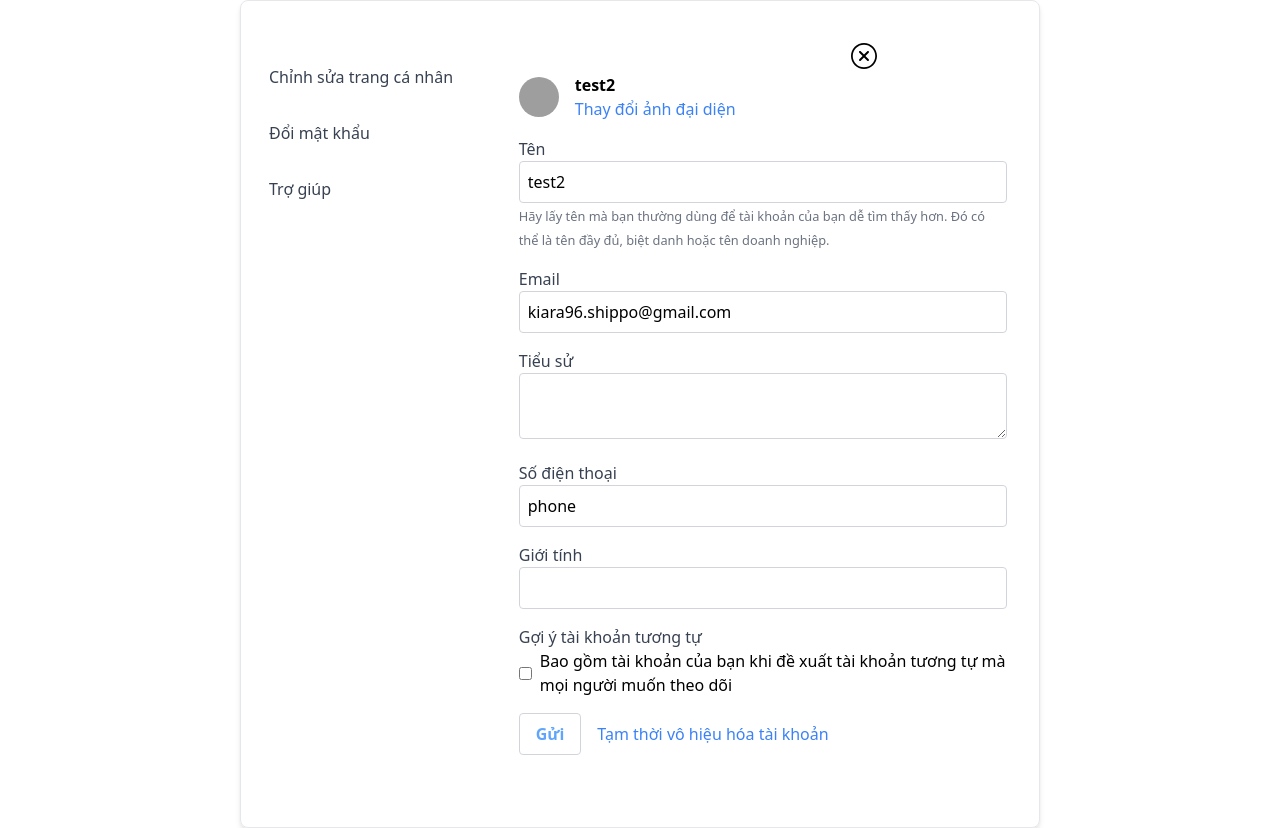
Repository: DangNgocDuong250903/2425_CS445AC_NHOM1
Page: /update_user (app in social_fe/)
The author's editor kept a copy of each file at every save. The page is drawn from the files as they stood at one save, then again after the next save.
The browser window is 1280 px wide. The pictures show the whole page.
Pictures or frames that could not be fetched are drawn as grey boxes. The project was rebuilt for these pictures with package versions that can differ from the ones it lists, and the page was loaded fresh each time. Also part of the build but not shown: social_fe/vite.config.js, social_fe/src/components/Button/index.jsx, social_fe/src/assets/index.js, social_fe/src/components/FriendCard/index.jsx, social_fe/src/components/Loading/index.jsx, social_fe/src/components/PostCard/index.jsx, social_fe/src/components/ProfileCard/index.jsx, social_fe/src/components/TextInput/index.jsx and 8 more.

Above is the page before, as saved 2024-11-05 16:00:50.

### social_fe/index.html
<!DOCTYPE html>
<html lang="en">
  <head>
    <meta charset="UTF-8" />
    <link rel="icon" type="image/svg+xml" href="/public/logo.svg" />
    <meta name="viewport" content="width=device-width, initial-scale=1.0" />
    <title>LinkVerse</title>
  </head>
  <body>
    <div id="root"></div>
    <script type="module" src="/src/main.jsx"></script>
  </body>
</html>

### social_fe/src/main.jsx
import { StrictMode } from "react";
import { createRoot } from "react-dom/client";
import App from "./App.jsx";
import "./index.css";
import { store } from "./redux/store.js";
import { Provider } from "react-redux";
import { BrowserRouter } from "react-router-dom";

createRoot(document.getElementById("root")).render(
  <StrictMode>
    <Provider store={store}>
      <BrowserRouter>
        <App />
      </BrowserRouter>
    </Provider>
  </StrictMode>,
);

### social_fe/src/App.jsx
import { Outlet, Navigate, Route, Routes, useLocation } from "react-router-dom";
import {
  Home,
  Profile,
  Register,
  Login,
  ResetPassword,
  NotFound,
} from "./pages";
import { useSelector } from "react-redux";
import UpdateUser from "./pages/ProfilePage/updateUser";

const Layout = () => {
  const { user } = useSelector((state) => state.user);
  const location = useLocation();

  return user?.token ? (
    <Outlet />
  ) : (
    <Navigate to="/login" state={{ from: location }} replace />
  );
};

function App() {
  const { theme } = useSelector((state) => state.theme);

  return (
    <div data-theme={theme} className="w-full min-h-[100vh]">
      <Routes>
        <Route element={<Layout />}>
          <Route path="/" element={<Home />} />
          <Route path="/profile" element={<Profile />} />
          <Route path="/update_user" element={<UpdateUser />} />


        </Route>

        <Route path="/register" element={<Register />} />
        <Route path="/login" element={<Login />} />
        <Route path="/reset-password" element={<ResetPassword />} />
        <Route path="*" element={<NotFound />} />
      </Routes>
    </div >
  );
}

export default App;

### social_fe/src/index.css
@tailwind base;
@tailwind components;
@tailwind utilities;

::-webkit-scrollbar {
    display: none;
     -ms-overflow-style: none;  /* IE and Edge */
    scrollbar-width: none;
  }

  .topbar{
  position: sticky;
  top: 0px;
  z-index: 49;
  }


  .dots-container {
    display: flex;
    align-items: center;
    justify-content: center;
    height: 100%;
    width: 100%;
    margin-bottom: 5px;
  }

  .dot {
    height: 12px;
    width: 12px;
    margin-right: 10px;
    border-radius: 10px;
    background-color: #fff;
    animation: pulse 1.5s infinite ease-in-out;
  }

  .dot:last-child {
    margin-right: 0;
  }

  .dot:nth-child(1) {
    animation-delay: -0.3s;
  }

  .dot:nth-child(2) {
    animation-delay: -0.1s;
  }

  .dot:nth-child(3) {
    animation-delay: 0.1s;
  }

  @keyframes pulse {
    0% {
      transform: scale(0.8);
      background-color: #b3d4fc;
      box-shadow: 0 0 0 0 rgba(178, 212, 252, 0.7);
    }

    50% {
      transform: scale(1.2);
      background-color: #4b79e4;
      box-shadow: 0 0 0 10px rgba(178, 212, 252, 0);
    }

    100% {
      transform: scale(0.8);
      background-color: #2584f8;
      box-shadow: 0 0 0 0 rgba(178, 212, 252, 0.7);
    }
  }

  @layer base {
    :root {
      --color-bg: 227 227 227;
      --color-primary: 255 255 255;
      --color-secondary:255 255 255;
      --color-ascent1: 0 0 0;
      --color-ascent2: 89 91 100;
      --color-blue: 6 90 216;
      --color-white: 255 255 255;

    }
    /* //15 23 42  21 30 49*/
    [data-theme="dark"] {
       --color-bg: 12 12 12;
       --color-primary: 31 31 31;
      --color-secondary: 47 45 48;
      --color-ascent1: 255 255 255;
      --color-ascent2: 164 161 162;
      --color-blue: 6 90 216;
      /* //16 176 255; */
      --color-white: 255 255 255;
    }
  }

### social_fe/src/redux/store.js
import { configureStore } from "@reduxjs/toolkit";

import { rootReducer } from "./reducer";

const store = configureStore({
  reducer: rootReducer,
});

const { dispatch } = store;

export { store, dispatch };

### social_fe/src/pages/index.js
import Home from "./HomePage";
import Login from "./LoginPage";
import NotFound from "./NotFoundPage";
import Profile from "./ProfilePage";
import Register from "./RegisterPage";
import ResetPassword from "./ResetPasswordPage";

export { Home, Login, NotFound, Profile, Register, ResetPassword };

### social_fe/src/pages/ProfilePage/updateUser.jsx
import React, { useState } from 'react';
import { Link, useNavigate } from 'react-router-dom';
import { IoIosCloseCircleOutline } from "react-icons/io";

const UpdateUser = () => {
    const [selectedLink, setSelectedLink] = useState(null);
    const navigate = useNavigate()
    const handleLinkClick = (linkIndex) => {
        setSelectedLink(linkIndex);
    };
    return (
        <div className="flex w-[800px] mx-auto pt-10 pb-10 border border-gray-200 shadow-md rounded-lg ">
            <IoIosCloseCircleOutline onClick={() => navigate("/Profile")} className="absolute w-8 h-8 cursor-pointer top-10 right-[400px] hover:text-red-400 " />
            <div className="w-1/3 p-4 bg-white rounded-md ">
                <ul className="flex flex-col ">

                    <Link

                        onClick={() => handleLinkClick(1)}
                        className={`mb-4 font-medium hover:bg-gray-200 px-3 py-2 rounded-lg ${selectedLink === 1 ? 'text-blue-500' : 'text-gray-700'}`}
                    >
                        Chỉnh sửa trang cá nhân
                    </Link>


                    <Link

                        onClick={() => handleLinkClick(2)}
                        className={`mb-4 font-medium hover:bg-gray-200 px-3 py-2 rounded-lg ${selectedLink === 2 ? 'text-blue-500' : 'text-gray-700'}`}
                    >
                        Đổi mật khẩu
                    </Link>


                    <Link

                        onClick={() => handleLinkClick(3)}
                        className={`mb-4 font-medium hover:bg-gray-200 px-3 py-2 rounded-lg ${selectedLink === 3 ? 'text-blue-500' : 'text-gray-700'}`}
                    >
                        Trợ giúp
                    </Link>
                </ul>
            </div>
            <div className="w-3/4 p-8">
                <div className="flex items-center mb-4">
                    <img src="https://mighty.tools/mockmind-api/content/human/5.jpg" alt="User avatar" className="w-10 h-10 mr-4 rounded-full" />
                    <div>
                        <div className="font-bold">test2</div>
                        <a href="#" className="text-blue-500">Thay đổi ảnh đại diện</a>
                    </div>
                </div>
                <form>
                    <div className="mb-4">
                        <label className="block text-gray-700">Tên</label>
                        <input type="text" value="test2" className="w-full p-2 border border-gray-300 rounded" />
                        <small className="text-gray-500">Hãy lấy tên mà bạn thường dùng để tài khoản của bạn dễ tìm thấy hơn. Đó có thể là tên đầy đủ, biệt danh hoặc tên doanh nghiệp.</small>
                    </div>
                    <div className="mb-4">
                        <label className="block text-gray-700">Email</label>
                        <input type="email" value="kiara96.shippo@gmail.com" className="w-full p-2 border border-gray-300 rounded" />
                    </div>
                    <div className="mb-4">
                        <label className="block text-gray-700">Tiểu sử</label>
                        <textarea className="w-full p-2 border border-gray-300 rounded"></textarea>
                    </div>
                    <div className="mb-4">
                        <label className="block text-gray-700">Số điện thoại</label>
                        <input type="text" value="phone" className="w-full p-2 border border-gray-300 rounded" />
                    </div>
                    <div className="mb-4">
                        <label className="block text-gray-700">Giới tính</label>
                        <input type="text" className="w-full p-2 border border-gray-300 rounded" />
                    </div>
                    <div className="mb-4">
                        <label className="block text-gray-700">Gợi ý tài khoản tương tự</label>
                        <div className="flex items-center">
                            <input type="checkbox" className="mr-2" />
                            <span>Bao gồm tài khoản của bạn khi đề xuất tài khoản tương tự mà mọi người muốn theo dõi</span>
                        </div>
                    </div>
                    <div className="flex items-center">
                        <button type="submit" className="px-4 py-2 mr-4 font-semibold text-blue-400 bg-transparent border border-gray-300 rounded hover:text-white hover:bg-blue-400">Gửi</button>
                        <button type="button" className="text-blue-500">Tạm thời vô hiệu hóa tài khoản</button>
                    </div>
                </form>
            </div>
        </div>
    );
};

export default UpdateUser;

### social_fe/src/redux/reducer.js
import { combineReducers } from "@reduxjs/toolkit";

import postSlice from "./Slices/postSlice";
import themeSlice from "./Slices/theme";
import userSlice from "./Slices/userSlice";

const rootReducer = combineReducers({
  user: userSlice,
  theme: themeSlice,
  posts: postSlice,
});

export { rootReducer };

### social_fe/src/redux/Slices/postSlice.js
import { createSlice } from "@reduxjs/toolkit";

const initialState = {
  posts: {},
};

const postSlice = createSlice({
  name: "post",
  initialState,
  reducers: {
    getPosts(state, action) {
      state.posts = action.payload;
    },
  },
});

export default postSlice.reducer;

export function SetPosts(post) {
  return (dispatch) => {
    dispatch(postSlice.actions.getPosts(post));
  };
}

### social_fe/src/redux/Slices/theme.js
import { createSlice } from "@reduxjs/toolkit";

const initialState = {
  theme: JSON.parse(window?.localStorage.getItem("theme")) ?? "dark",
};

const themeSlice = createSlice({
  name: "theme",
  initialState,
  reducers: {
    setTheme(state, action) {
      state.theme = action.payload;
      localStorage.setItem("theme", JSON.stringify(action.payload));
    },
  },
});

export default themeSlice.reducer;

export function SetTheme(value) {
  return (dispatch) => {
    dispatch(themeSlice.actions.setTheme(value));
  };
}

### social_fe/src/redux/Slices/userSlice.js
import { createSlice } from "@reduxjs/toolkit";

import { user } from "../../assets/data";

const initialState = {
  user: JSON.parse(window?.localStorage.getItem("user")) ?? user,
  edit: false,
};

const userSlice = createSlice({
  name: "user",
  initialState,
  reducers: {
    login(state, action) {
      state.user = action.payload;
      localStorage.setItem("user", JSON.stringify(action.payload));
    },
    logout(state) {
      state.user = null;
      localStorage?.removeItem("user");
    },
    updateProfile(state, action) {
      state.edit = action.payload;
    },
  },
});
export default userSlice.reducer;

export function UserLogin(user) {
  return (dispatch) => {
    dispatch(userSlice.actions.login(user));
  };
}

export function Logout() {
  return (dispatch) => {
    dispatch(userSlice.actions.logout());
  };
}

export function UpdateProfile(val) {
  return (dispatch) => {
    dispatch(userSlice.actions.updateProfile(val));
  };
}

### social_fe/tailwind.config.js
/** @type {import('tailwindcss').Config} */
export default {
  content: [
    "./index.html",
    "./src/**/*.{js,ts,jsx,tsx}",
  ],
  theme: {
    extend: {
      colors: {
        bgColor: "rgb(var(--color-bg) / <alpha-value>)",
        primary: "rgb(var(--color-primary) / <alpha-value>)",
        secondary: "rgb(var(--color-secondary) / <alpha-value>)",
        customBlue: "rgb(var(--color-blue) / <alpha-value>)",
        white: "rgb(var(--color-white) / <alpha-value>)",
        ascent: {
          1: "rgb(var(--colorgit-ascent1) / <alpha-value>)",
          2: "rgb(var(--color-ascent2) / <alpha-value>)",
        },
      },
      screens: {
        sm: "640px",

        md: "768px",

        lg: "1024px",

        xl: "1280px",

        "2xl": "1536px",
      },
      extend: {
      },
    },
    plugins: [],
  }
}

Loaded but not shown: social_fe/src/assets/data.js (508 lines, source omitted)

After the next save:
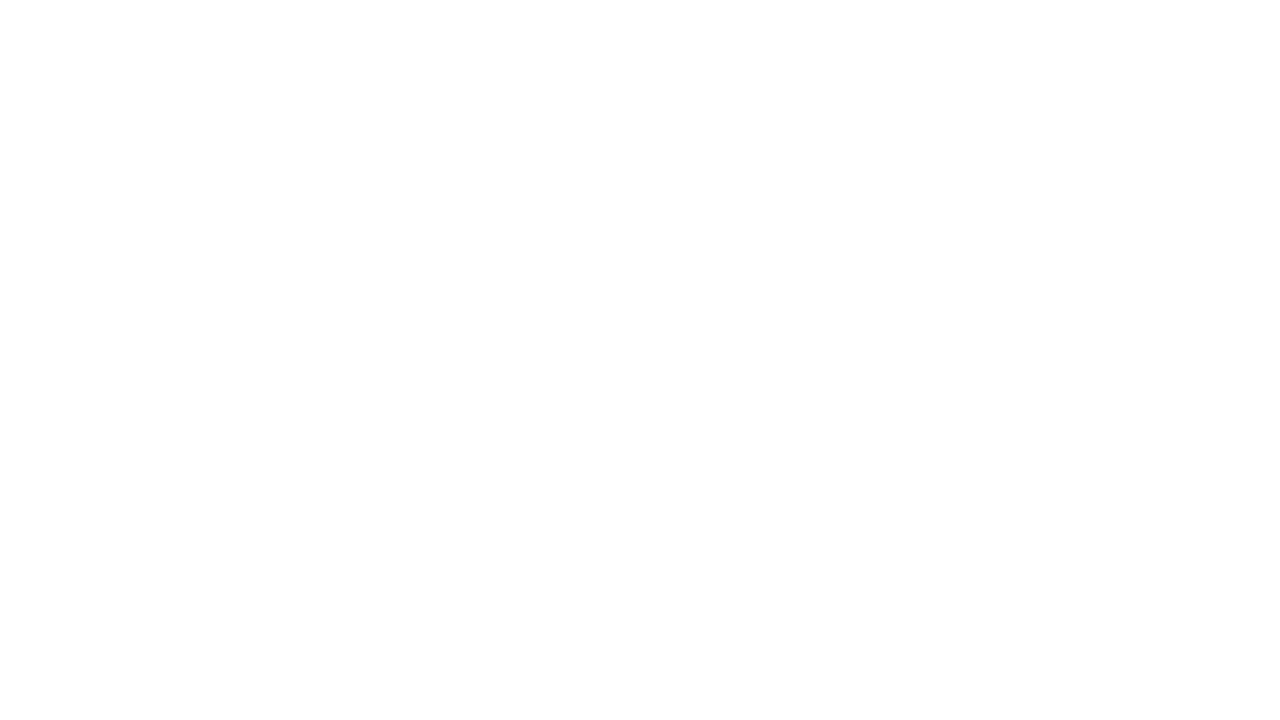
Console error: ReferenceError: useEffect is not defined
Saved 93 s later.
--- a/social_fe/src/pages/ProfilePage/updateUser.jsx
+++ b/social_fe/src/pages/ProfilePage/updateUser.jsx
@@ -8,6 +8,12 @@
     const handleLinkClick = (linkIndex) => {
         setSelectedLink(linkIndex);
     };
+    useEffect(() => {
+        if (selectedLink === 1) {
+            // Thực hiện logic khác khi "Chỉnh sửa trang cá nhân" được chọn
+            // Ví dụ: bạn có thể thêm code thay đổi màu sắc tại đây
+        }
+    }, [selectedLink]);
     return (
         <div className="flex w-[800px] mx-auto pt-10 pb-10 border border-gray-200 shadow-md rounded-lg ">
             <IoIosCloseCircleOutline onClick={() => navigate("/Profile")} className="absolute w-8 h-8 cursor-pointer top-10 right-[400px] hover:text-red-400 " />

After the 3 saves that followed:
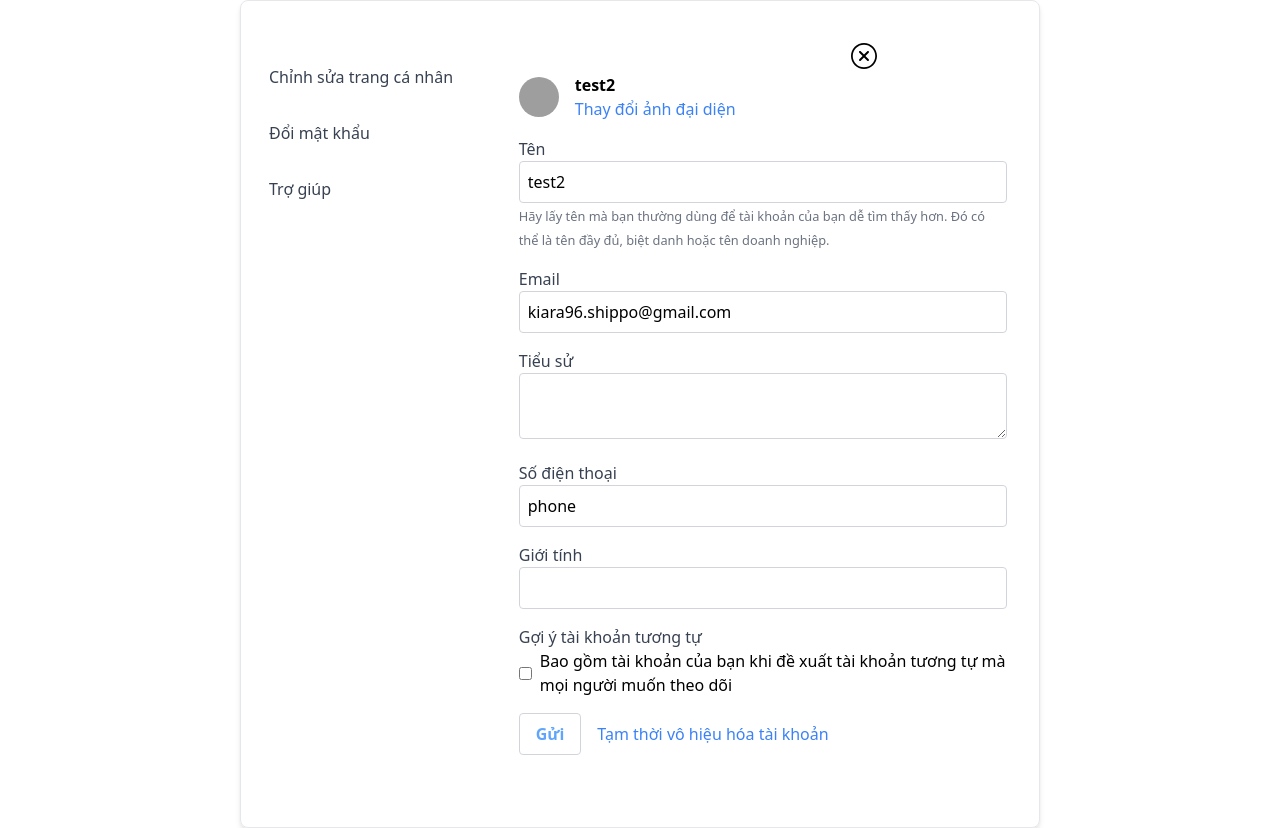
The error is gone.
The 3 saves are shown as one change because 1 left the picture as it was and some came seconds apart.
The last was saved 30 s later.
--- a/social_fe/src/pages/ProfilePage/updateUser.jsx
+++ b/social_fe/src/pages/ProfilePage/updateUser.jsx
@@ -1,4 +1,4 @@
-import React, { useState } from 'react';
+import React, { useEffect, useState } from 'react';
 import { Link, useNavigate } from 'react-router-dom';
 import { IoIosCloseCircleOutline } from "react-icons/io";
 
@@ -10,8 +10,7 @@
     };
     useEffect(() => {
         if (selectedLink === 1) {
-            // Thực hiện logic khác khi "Chỉnh sửa trang cá nhân" được chọn
-            // Ví dụ: bạn có thể thêm code thay đổi màu sắc tại đây
+
         }
     }, [selectedLink]);
     return (
